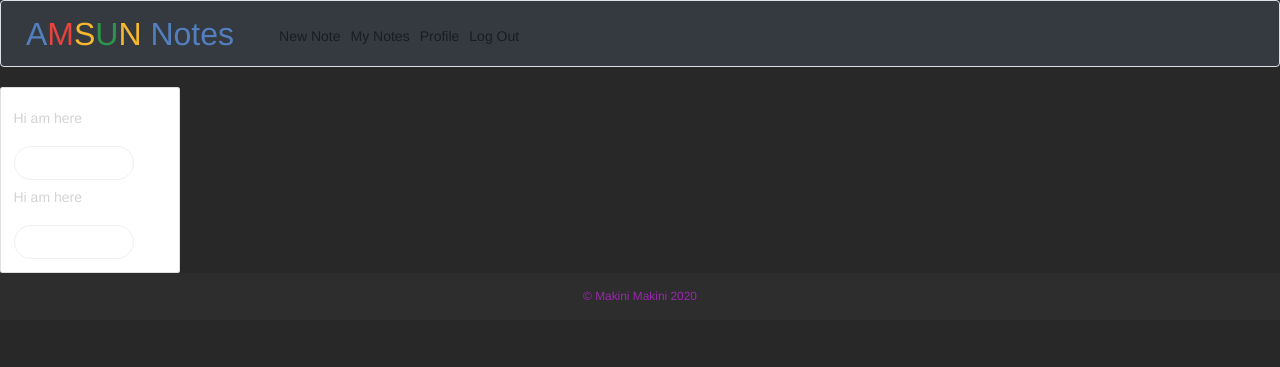
Repository: MakiniMakini/AMSUN-NOTES
Page: http://localhost/my_notes
These files come from the project's save history. The page is drawn as it stood at one moment and after the next save; the edit follows.
The browser window is 1280 px wide. The pictures show the whole page.
Some web fonts or font styles are not loaded; a fallback is used. The page is served by the project's application, run on Flask 3 (application.py). The session is filled in as if someone had signed in: {"user_id": 1}. The page reads the database file committed with the project.

Above is the page before, as saved 2020-12-20 16:37:04.

After the next save:
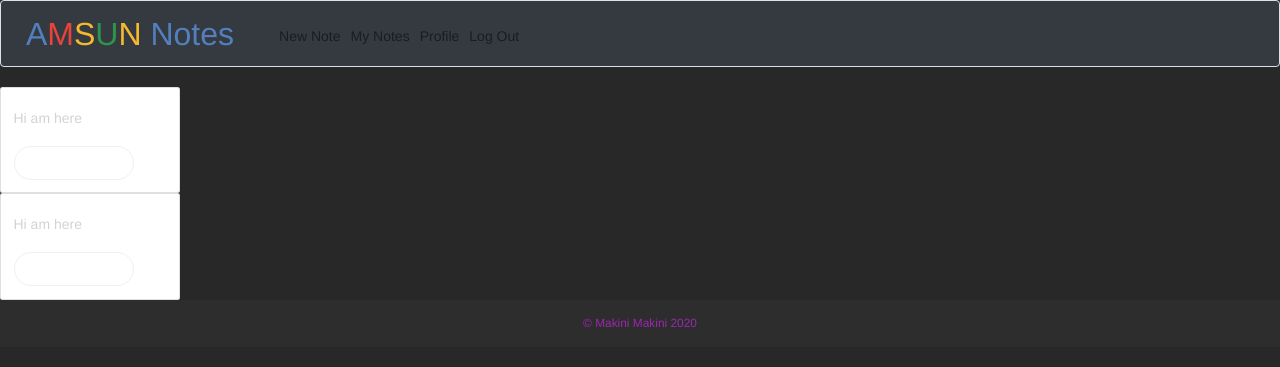
Saved 89 s later.
--- a/templates/my_notes.html
+++ b/templates/my_notes.html
@@ -6,17 +6,19 @@
 
 {% block main %}
 
+{% for item in notes %}
 <div class="card" style="width: 18rem;">
     <div class="card-body">
 
-      {% for item in notes %}
+
       <h5 class="card-title">{{item.title}} Hi am here</h5>
       <p class="card-text">{{item.notes}}</p>
       <a href="#" class="btn btn-primary">Go somewhere</a>
-      {% endfor %}
-
 
     </div>
 </div>
 
+{% endfor %}
+
+
 {% endblock %}
